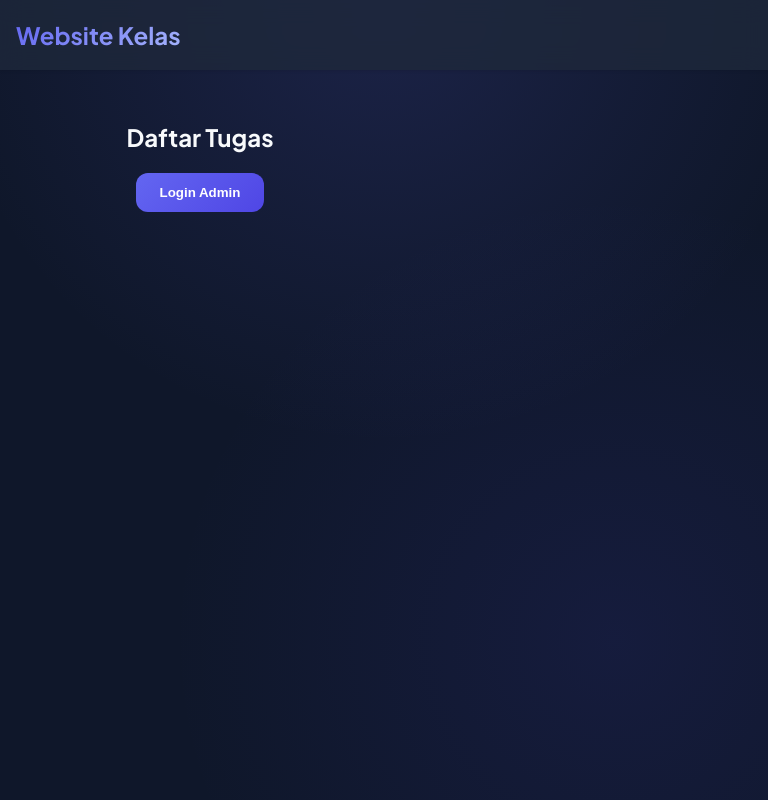
Repository: Resanso/astraReminder
Page: /
An editor plug-in stored every save of this project. The page is shown before and after the next save, followed by the edit.
The browser window is 768 px wide. The pictures show the whole page.
The page's requests for data from a server got no answer. The project was rebuilt for these pictures with package versions that can differ from the ones it lists, and the page was loaded fresh each time. No one was signed in, and anything a server would have sent is missing. Also part of the build but not shown: src/components/AdminPanel.js, src/components/Login.js, src/components/Register.js.

Above is the page before, as saved 2025-02-25 00:10:40.

### public/index.html
<!DOCTYPE html>
<html lang="en">
  <head>
    <meta charset="utf-8" />
    <link rel="icon" href="favicon.ico" />
    <meta name="viewport" content="width=device-width, initial-scale=1" />
    <meta name="theme-color" content="#000000" />
    <meta name="description" content="Astra Domini - Fantasy Game Management" />
    <link rel="apple-touch-icon" href="logo192.png" />
    <link rel="manifest" href="manifest.json" />
    <title>Astra Domini</title>
  </head>
  <body>
    <noscript>You need to enable JavaScript to run this app.</noscript>
    <div id="root"></div>
    <!--
      This HTML file is a template.
      If you open it directly in the browser, you will see an empty page.

      You can add webfonts, meta tags, or analytics to this file.
      The build step will place the bundled scripts into the <body> tag.

      To begin the development, run `npm start` or `yarn start`.
      To create a production bundle, use `npm run build` or `yarn build`.
    -->
  </body>
</html>

### src/index.css
@import url('https://fonts.googleapis.com/css2?family=Plus+Jakarta+Sans:wght@400;500;600;700&display=swap');

body {
  margin: 0;
  font-family: 'Plus Jakarta Sans', -apple-system, BlinkMacSystemFont, 'Segoe UI', Roboto,
    Oxygen, Ubuntu, Cantarell, 'Helvetica Neue', sans-serif;
  -webkit-font-smoothing: antialiased;
  -moz-osx-font-smoothing: grayscale;
  line-height: 1.6;
}

code {
  font-family: source-code-pro, Menlo, Monaco, Consolas, "Courier New",
    monospace;
}

* {
  box-sizing: border-box;
  margin: 0;
  padding: 0;
}

::-webkit-scrollbar {
  width: 8px;
}

::-webkit-scrollbar-track {
  background: rgba(255, 255, 255, 0.05);
}

::-webkit-scrollbar-thumb {
  background: rgba(110, 86, 207, 0.5);
  border-radius: 4px;
}

::-webkit-scrollbar-thumb:hover {
  background: rgba(110, 86, 207, 0.7);
}

### src/App.js
import React, { useState, useEffect } from "react";
import {
  BrowserRouter as Router,
  Routes,
  Route,
  Navigate,
} from "react-router-dom";
import { auth } from "./firebase";
import { onAuthStateChanged, signOut } from "firebase/auth";
import TaskList from "./components/TaskList";
import AdminPanel from "./components/AdminPanel";
import Login from "./components/Login";
import Register from "./components/Register";
import "./App.css";

function App() {
  const [user, setUser] = useState(null);
  const [loading, setLoading] = useState(true);

  useEffect(() => {
    const unsubscribe = onAuthStateChanged(auth, (user) => {
      setUser(user);
      setLoading(false);
    });
    return unsubscribe;
  }, []);

  const handleLogout = async () => {
    try {
      await signOut(auth);
    } catch (error) {
      console.error("Error signing out:", error);
    }
  };

  if (loading) return <div>Loading...</div>;

  return (
    <Router basename="/">
      <div className="App">
        <header>
          <h1>Website Kelas</h1>
          {user && (
            <button className="logout-btn" onClick={handleLogout}>
              Logout
            </button>
          )}
        </header>
        <Routes>
          <Route path="/" element={<TaskList />} />
          <Route
            path="/admin"
            element={user ? <AdminPanel /> : <Navigate to="/login" />}
          />
          <Route
            path="/login"
            element={user ? <Navigate to="/admin" /> : <Login />}
          />
          <Route
            path="/register"
            element={user ? <Navigate to="/admin" /> : <Register />}
          />
        </Routes>
      </div>
    </Router>
  );
}

export default App;

### src/firebase.js
// Import the functions you need from the SDKs you need
import { initializeApp } from "firebase/app";
import { getFirestore } from "firebase/firestore";
import { getAuth } from "firebase/auth";
// TODO: Add SDKs for Firebase products that you want to use
// https://firebase.google.com/docs/web/setup#available-libraries

// Your web app's Firebase configuration
// For Firebase JS SDK v7.20.0 and later, measurementId is optional
const firebaseConfig = {
  apiKey: "AIzaSyC5vKNyYoiYqoeDgudvSQoeoFQrEVA_fF8",
  authDomain: "astra-domini.firebaseapp.com",
  projectId: "astra-domini",
  storageBucket: "astra-domini.firebasestorage.app",
  messagingSenderId: "711846096621",
  appId: "1:711846096621:web:fc97db572dc81c002ea6e4",
  measurementId: "G-YBZY4XPSGD",
};

// Initialize Firebase only on client side
let app;
let db;
let auth;

if (typeof window !== "undefined") {
  app = initializeApp(firebaseConfig);
  db = getFirestore(app);
  auth = getAuth(app);
}

export { db, auth };

### src/components/TaskList.js
import React, { useEffect, useState } from "react";
import { collection, query, getDocs, deleteDoc, doc } from "firebase/firestore";
import { db, auth } from "../firebase";
import { useNavigate } from "react-router-dom";
import { onAuthStateChanged } from "firebase/auth";

const TaskList = () => {
  const [tasks, setTasks] = useState([]);
  const [loading, setLoading] = useState(true);
  const [error, setError] = useState(null);
  const [user, setUser] = useState(null);
  const navigate = useNavigate();

  useEffect(() => {
    const unsubscribe = onAuthStateChanged(auth, (currentUser) => {
      setUser(currentUser);
    });
    return () => unsubscribe();
  }, []);

  const isTaskValid = (deadline) => {
    if (!deadline || typeof deadline.toDate !== "function") {
      return false;
    }
    try {
      const now = new Date();
      return deadline.toDate() > now;
    } catch (error) {
      console.error("Error validating task deadline:", error);
      return false;
    }
  };

  const deleteExpiredTasks = async (expiredTasks) => {
    for (const task of expiredTasks) {
      try {
        await deleteDoc(doc(db, "tasks", task.id));
      } catch (error) {
        console.error("Error deleting expired task:", error);
      }
    }
  };

  useEffect(() => {
    const fetchTasks = async () => {
      try {
        setLoading(true);
        setError(null);
        const q = query(collection(db, "tasks"));
        const querySnapshot = await getDocs(q);
        const taskList = [];
        const expiredTasks = [];

        querySnapshot.forEach((doc) => {
          const taskData = doc.data();
          // Validate task data
          if (taskData && taskData.deadline) {
            const task = { id: doc.id, ...taskData };
            if (isTaskValid(task.deadline)) {
              taskList.push(task);
            } else {
              expiredTasks.push(task);
            }
          } else {
            console.warn(`Task ${doc.id} has invalid data:`, taskData);
          }
        });

        if (expiredTasks.length > 0) {
          await deleteExpiredTasks(expiredTasks);
        }

        // Sort tasks by deadline
        taskList.sort((a, b) => {
          try {
            return a.deadline.toDate() - b.deadline.toDate();
          } catch (error) {
            console.error("Error sorting tasks:", error);
            return 0;
          }
        });

        setTasks(taskList);
      } catch (err) {
        setError("Gagal memuat daftar tugas. Silakan coba lagi nanti.");
        console.error("Error fetching tasks:", err);
      } finally {
        setLoading(false);
      }
    };

    fetchTasks();
    const interval = setInterval(fetchTasks, 60000);
    return () => clearInterval(interval);
  }, []);

  if (loading) {
    return <div className="loading">Memuat...</div>;
  }

  if (error) {
    return <div className="error">{error}</div>;
  }

  return (
    <div className="task-list">
      <div className="task-header">
        <h2>Daftar Tugas</h2>
        <div className="button-group">
          {user ? (
            <>
              <button
                className="add-task-btn"
                onClick={() => navigate("/admin")}
              >
                Tambah Tugas
              </button>
            </>
          ) : (
            <button className="login-btn" onClick={() => navigate("/login")}>
              Login Admin
            </button>
          )}
        </div>
      </div>
      {tasks.map((task) => (
        <div key={task.id} className="task-card">
          <h3>{task.matkul}</h3>
          <p>{task.desk}</p>
          <p>Deadline: {task.deadline.toDate().toLocaleString()}</p>
          <p className="task-creator">Ditambahkan oleh: {task.createdBy}</p>
        </div>
      ))}
    </div>
  );
};

export default TaskList;

### src/App.css
:root {
  --background-primary: #0f172a;
  --background-secondary: #1e293b;
  --text-primary: #f8fafc;
  --text-secondary: #94a3b8;
  --accent-primary: #6366f1;
  --accent-secondary: #4f46e5;
  --border-color: #334155;
  --success-color: #10b981;
  --error-color: #ef4444;
  --card-shadow: 0 4px 6px -1px rgb(0 0 0 / 0.1),
    0 2px 4px -2px rgb(0 0 0 / 0.1);
  --transition-base: all 0.3s ease;
}

body {
  background-color: var(--background-primary);
  color: var(--text-primary);
  min-height: 100vh;
  background-image: radial-gradient(
      circle at 50% 0%,
      rgba(99, 102, 241, 0.15) 0%,
      transparent 50%
    ),
    radial-gradient(
      circle at 80% 80%,
      rgba(79, 70, 229, 0.1) 0%,
      transparent 50%
    );
}

.App {
  text-align: center;
  position: relative;
}

.App-logo {
  height: 40vmin;
  pointer-events: none;
}

@media (prefers-reduced-motion: no-preference) {
  .App-logo {
    animation: App-logo-spin infinite 20s linear;
  }
}

.App-header {
  background-color: #282c34;
  min-height: 100vh;
  display: flex;
  flex-direction: column;
  align-items: center;
  justify-content: center;
  font-size: calc(10px + 2vmin);
  color: white;
}

.App-link {
  color: #61dafb;
}

@keyframes App-logo-spin {
  from {
    transform: rotate(0deg);
  }
  to {
    transform: rotate(360deg);
  }
}

/* Header Styles */
header {
  background-color: rgba(30, 41, 59, 0.8);
  backdrop-filter: blur(12px);
  padding: 1.25rem 2rem;
  box-shadow: 0 1px 3px rgba(0, 0, 0, 0.1);
  position: sticky;
  top: 0;
  z-index: 100;
  display: flex;
  justify-content: space-between;
  align-items: center;
}

header h1 {
  font-size: 2rem;
  font-weight: 700;
  background: linear-gradient(135deg, var(--accent-primary), #a5b4fc);
  -webkit-background-clip: text;
  background-clip: text;
  color: transparent;
}

.task-list {
  max-width: 1200px;
  margin: 3rem auto;
  padding: 0 2rem;
  display: grid;
  grid-template-columns: repeat(auto-fill, minmax(300px, 1fr));
  gap: 2rem;
}

.task-card {
  background-color: var(--background-secondary);
  border: 1px solid var(--border-color);
  border-radius: 1rem;
  padding: 1.5rem;
  transition: var(--transition-base);
  box-shadow: var(--card-shadow);
}

.task-card:hover {
  transform: translateY(-4px);
  box-shadow: 0 12px 24px -8px rgba(0, 0, 0, 0.3);
}

.task-card h3 {
  color: var(--accent-primary);
  margin-bottom: 1rem;
  font-size: 1.25rem;
}

.button-group button,
.auth-form button,
.admin-panel button {
  padding: 0.75rem 1.5rem;
  border-radius: 0.75rem;
  border: none;
  font-weight: 600;
  transition: var(--transition-base);
  cursor: pointer;
  display: inline-flex;
  align-items: center;
  justify-content: center;
  gap: 0.5rem;
}

.login-btn,
.add-task-btn {
  background: linear-gradient(
    135deg,
    var(--accent-primary),
    var(--accent-secondary)
  );
  color: white;
}

.login-btn:hover,
.add-task-btn:hover {
  filter: brightness(1.1);
  transform: translateY(-1px);
}

.back-btn {
  background-color: rgba(255, 255, 255, 0.1);
  color: var(--text-primary);
}

.logout-btn {
  background-color: rgba(239, 68, 68, 0.2);
  color: var(--error-color);
  border: 1px solid var(--error-color);
}

.logout-btn {
  padding: 8px 16px;
  background-color: #dc3545;
  color: white;
  border: none;
  border-radius: 4px;
  cursor: pointer;
}

.logout-btn:hover {
  background-color: #c82333;
}

.admin-panel {
  background-color: var(--background-secondary);
  border-radius: 1rem;
  padding: 2.5rem;
  max-width: 500px;
  margin: 3rem auto;
  box-shadow: var(--card-shadow);
}

.admin-panel form {
  display: flex;
  flex-direction: column;
  gap: 10px;
}

.admin-panel input,
.admin-panel textarea {
  width: 100%;
  padding: 0.75rem 1rem;
  background-color: rgba(255, 255, 255, 0.05);
  border: 1px solid var(--border-color);
  border-radius: 0.75rem;
  color: var(--text-primary);
  transition: var(--transition-base);
}

.admin-panel input:focus,
.admin-panel textarea:focus {
  border-color: var(--accent-primary);
  box-shadow: 0 0 0 3px rgba(99, 102, 241, 0.2);
  outline: none;
}

.admin-panel button {
  padding: 10px;
  background-color: #007bff;
  color: white;
  border: none;
  border-radius: 5px;
  cursor: pointer;
}

.admin-panel select {
  background-color: rgba(255, 255, 255, 0.05);
  border: 1px solid var(--border-color);
  color: var(--text-primary);
  border-radius: 8px;
  padding: 0.75rem;
  width: 100%;
  margin-bottom: 1rem;
}

.admin-panel select:focus {
  outline: none;
  border-color: var(--accent-primary);
  box-shadow: 0 0 0 2px rgba(110, 86, 207, 0.2);
}

.login-form {
  max-width: 400px;
  margin: 40px auto;
  padding: 20px;
  border: 1px solid #ddd;
  border-radius: 5px;
}

.login-form input {
  width: 100%;
  padding: 10px;
  margin-bottom: 10px;
  border: 1px solid #ddd;
  border-radius: 4px;
}

.login-form button {
  width: 100%;
  padding: 10px;
  background-color: #007bff;
  color: white;
  border: none;
  border-radius: 4px;
  cursor: pointer;
}

.error {
  color: var(--error-color);
  background-color: rgba(239, 68, 68, 0.1);
  padding: 1rem;
  border-radius: 8px;
  margin: 1rem 0;
}

.task-header {
  display: flex;
  justify-content: space-between;
  align-items: center;
  margin-bottom: 20px;
}

.login-btn {
  padding: 8px 16px;
  background-color: #007bff;
  color: white;
  border: none;
  border-radius: 4px;
  cursor: pointer;
}

.login-btn:hover {
  background-color: #0056b3;
}

.auth-form {
  background-color: var(--background-secondary);
  border-radius: 1rem;
  padding: 2.5rem;
  max-width: 500px;
  margin: 3rem auto;
  box-shadow: var(--card-shadow);
}

.auth-form input {
  width: 100%;
  padding: 0.75rem 1rem;
  background-color: rgba(255, 255, 255, 0.05);
  border: 1px solid var(--border-color);
  border-radius: 0.75rem;
  color: var(--text-primary);
  transition: var(--transition-base);
}

.auth-form input:focus {
  border-color: var(--accent-primary);
  box-shadow: 0 0 0 3px rgba(99, 102, 241, 0.2);
  outline: none;
}

.auth-form button {
  width: 100%;
  padding: 10px;
  background-color: #007bff;
  color: white;
  border: none;
  border-radius: 4px;
  cursor: pointer;
  margin-bottom: 15px;
}

.auth-form button:hover {
  background-color: #0056b3;
}

.auth-form a {
  color: #007bff;
  text-decoration: none;
}

.auth-form a:hover {
  text-decoration: underline;
}

.task-creator {
  color: var(--text-secondary);
  font-size: 0.875rem;
  margin-top: 1rem;
}

.add-task-btn {
  padding: 8px 16px;
  background-color: #28a745;
  color: white;
  border: none;
  border-radius: 4px;
  cursor: pointer;
}

.add-task-btn:hover {
  background-color: #218838;
}

.button-group {
  display: flex;
  gap: 10px;
  align-items: center;
}

.back-btn {
  padding: 8px 16px;
  background-color: #6c757d;
  color: white;
  border: none;
  border-radius: 4px;
  cursor: pointer;
}

.back-btn:hover {
  background-color: #5a6268;
}

/* Responsive Design */
@media (max-width: 768px) {
  header {
    padding: 1rem;
  }

  header h1 {
    font-size: 1.5rem;
  }

  .task-header {
    flex-direction: column;
    gap: 1rem;
  }

  .button-group {
    flex-wrap: wrap;
    justify-content: center;
  }

  .admin-panel,
  .auth-form {
    margin: 1rem;
    padding: 1.5rem;
  }

  .task-card {
    padding: 1rem;
  }
}

/* Loading Animation */
.loading {
  display: flex;
  justify-content: center;
  align-items: center;
  min-height: 200px;
  color: var(--accent-primary);
}

.loading::after {
  content: "";
  width: 30px;
  height: 30px;
  border: 3px solid var(--accent-primary);
  border-top-color: transparent;
  border-radius: 50%;
  animation: spinner 0.8s linear infinite;
}

@keyframes spinner {
  to {
    transform: rotate(360deg);
  }
}

Loaded but not shown: src/index.js (common file); src/reportWebVitals.js (common file)

After the next save:
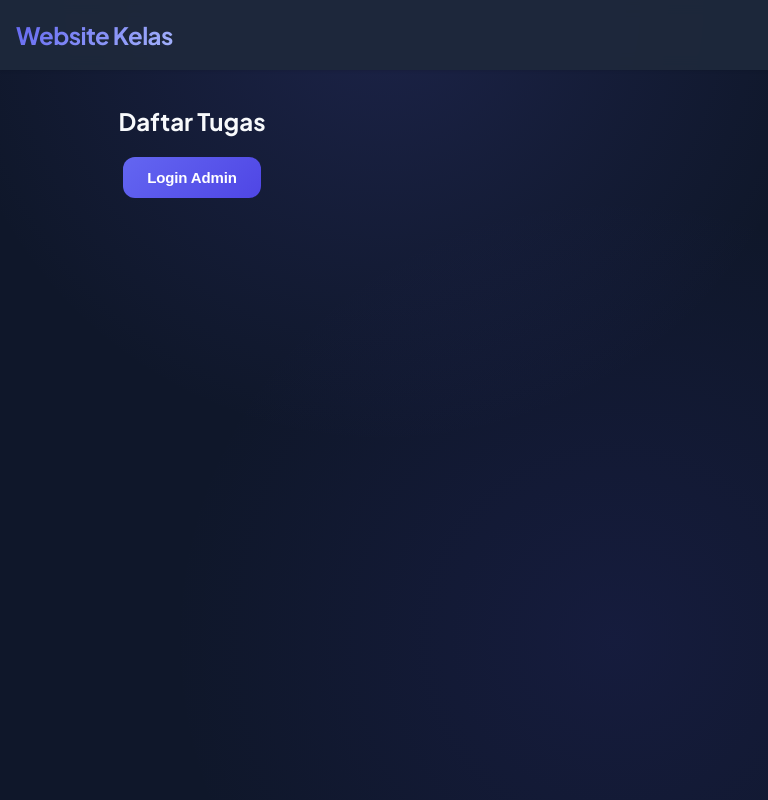
Saved 2 min 21 s later.
--- a/src/App.css
+++ b/src/App.css
@@ -71,8 +71,8 @@ body {
 
 /* Header Styles */
 header {
-  background-color: rgba(30, 41, 59, 0.8);
-  backdrop-filter: blur(12px);
+  background-color: rgba(30, 41, 59, 0.95);
+  backdrop-filter: blur(8px);
   padding: 1.25rem 2rem;
   box-shadow: 0 1px 3px rgba(0, 0, 0, 0.1);
   position: sticky;
@@ -84,8 +84,9 @@ header {
 }
 
 header h1 {
-  font-size: 2rem;
+  font-size: 1.75rem;
   font-weight: 700;
+  letter-spacing: -0.025em;
   background: linear-gradient(135deg, var(--accent-primary), #a5b4fc);
   -webkit-background-clip: text;
   background-clip: text;
@@ -97,7 +98,7 @@ header h1 {
   margin: 3rem auto;
   padding: 0 2rem;
   display: grid;
-  grid-template-columns: repeat(auto-fill, minmax(300px, 1fr));
+  grid-template-columns: repeat(auto-fill, minmax(320px, 1fr));
   gap: 2rem;
 }
 
@@ -105,7 +106,7 @@ header h1 {
   background-color: var(--background-secondary);
   border: 1px solid var(--border-color);
   border-radius: 1rem;
-  padding: 1.5rem;
+  padding: 1.75rem;
   transition: var(--transition-base);
   box-shadow: var(--card-shadow);
 }
@@ -128,6 +129,8 @@ header h1 {
   border-radius: 0.75rem;
   border: none;
   font-weight: 600;
+  font-size: 0.9375rem;
+  letter-spacing: -0.01em;
   transition: var(--transition-base);
   cursor: pointer;
   display: inline-flex;
@@ -194,11 +197,13 @@ header h1 {
 .admin-panel input,
 .admin-panel textarea {
   width: 100%;
-  padding: 0.75rem 1rem;
+  padding: 0.875rem 1rem;
   background-color: rgba(255, 255, 255, 0.05);
   border: 1px solid var(--border-color);
   border-radius: 0.75rem;
   color: var(--text-primary);
+  font-family: inherit;
+  font-size: 0.9375rem;
   transition: var(--transition-base);
 }
 
@@ -299,11 +304,13 @@ header h1 {
 
 .auth-form input {
   width: 100%;
-  padding: 0.75rem 1rem;
+  padding: 0.875rem 1rem;
   background-color: rgba(255, 255, 255, 0.05);
   border: 1px solid var(--border-color);
   border-radius: 0.75rem;
   color: var(--text-primary);
+  font-family: inherit;
+  font-size: 0.9375rem;
   transition: var(--transition-base);
 }
 
@@ -401,8 +408,13 @@ header h1 {
     padding: 1.5rem;
   }
 
+  .task-list {
+    padding: 0 1rem;
+    margin: 2rem auto;
+  }
+
   .task-card {
-    padding: 1rem;
+    padding: 1.5rem;
   }
 }
 
